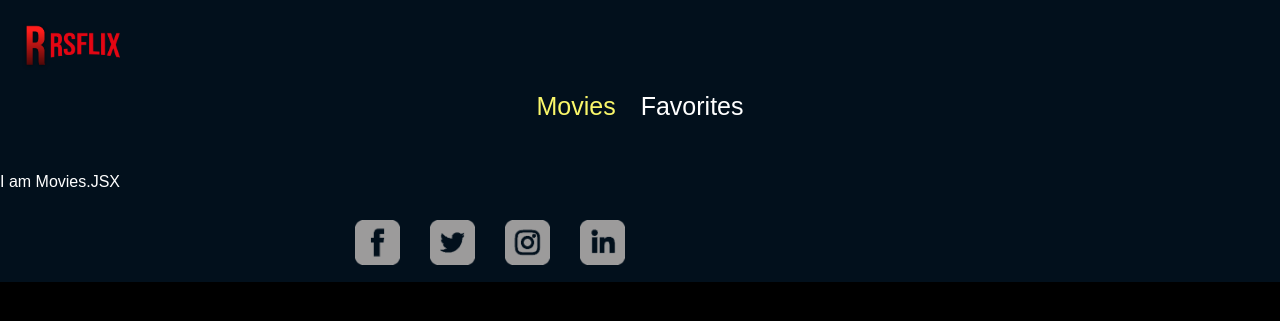
Repository: ronnysalas459/final_project_react
Page: /
An editor plug-in stored every save of this project. The page is shown before and after the next save, followed by the edit.
The browser window is 1280 px wide. The pictures show the whole page.
The project was rebuilt for these pictures with package versions that can differ from the ones it lists, and the page was loaded fresh each time. Also part of the build but not shown: src/containers/Favorites.jsx.

Above is the page before, as saved 2021-09-28 20:13:53.

### src/index.jsx
import React from "react";
import ReactDOM from "react-dom";
import { Provider } from "react-redux";
import { compose } from "redux";
import { createStore, applyMiddleware } from "redux";
import logger from "redux-logger";
import reducer from "./reducers";
import App from "./routes/App";

const initialState = {
  favoriteMovies: [],
  sectionActive: "Movies",
};

const composeEnhancers = window.__REDUX_DEVTOOLS_EXTENSION_COMPOSE__ || compose;

//store

const store = createStore(
  reducer,
  initialState,
  composeEnhancers(applyMiddleware(logger))
);

ReactDOM.render(
  <Provider store = { store }>
    <App />
  </Provider>,
  document.getElementById("root")
);

### src/reducers/index.js
const reducer = (state, action) => {
  switch (action.type) {
    case "SET_FAVORITE":
      return {
        ...state,
        favoriteMovies: [...state.favoriteMovies, action.payload],
      };
    case "DELETE_FAVORITE":
      return {
        ...state,
        favoriteMovies: state.favoriteMovies.filter(
          (items) => items.data.id !== action.payload
        ),
      };
    case "SET_SECTION":
      return {
        ...state,
        sectionActive: action.payload,
      };
    default:
      return state;
  }
};

export default reducer;

### src/routes/App.jsx
import React from "react";
import { BrowserRouter, Switch, Route } from "react-router-dom";
import "../assets/styles/App.scss";
import Movies from "../containers/Movies";
import Favorites from "../containers/Favorites";
import Layout from "../components/Layout";

const App = () => (
  <BrowserRouter>
    <Layout>
      <Switch>
        <Route exact path="/favorites" component={Favorites} />
        <Route exact path="/" component={Movies} />
      </Switch>
    </Layout>
  </BrowserRouter>
);
export default App;

### src/assets/styles/App.scss
@import './Vars.scss';

@mixin colCenCen {
  display: flex;
  flex-direction: column;
  padding: 20px;
}

@mixin flexBetCen {
  display: flex;
  justify-content: space-between;
  align-items: center;
}

@mixin flexCenCen {
  display: flex;
  justify-content: center;
  align-items: center;
}

@mixin flexStaSta {
  display: flex;
  justify-content: flex-start;
  align-items: flex-start;
}

* {
  box-sizing: border-box;
}

a:link,
a:visited {
  color: inherit;
  text-decoration: none;
}

body {
  margin: 0;
  background-color: $dark-color;
  color: $light-color;
  font-family: $text-font;
}

h1,
h2,
h3,
h3,
h4,
h5,
h6 {
  color: $primary-color;
  font-family: $title-font;
}

figure {
  margin: 0;
  padding: 0;
}

section {
  min-height: calc(100vh - 300px);
}

### src/containers/Movies.jsx
import React from 'react'

const Movies = () => (
    <p>
        I am Movies.JSX
    </p>
)

export default Movies

### src/components/Layout.jsx
import React from 'react'
import "../assets/styles/components/Layout.scss";
import Footer from "./Footer";
import Header from "./Header";

const Layout = ({ children }) => (
    <div className="layout">
        <Header />
        { children }
        <Footer />
    </div>

);

export default Layout

### src/assets/styles/Vars.scss
@import '../fonts/style.scss';

//Fonts
$title-font: 'Netflix Sans Regular', 'Netflix Sans Bold';
$text-font: 'Source Sans Pro', sans-serif;

//Colors
$primary-color: #65fafb;
$secondary-color: #62c241;
$success-color: #faf76a;
$dark-color: #000000;
$light-color: #ffffff;
$danger-color: #fc859e;

### src/assets/fonts/style.scss
/* #### Generated By: http://www.cufonfonts.com #### */

    @font-face {
    font-family: 'Netflix Sans Regular';
    font-style: normal;
    font-weight: normal;
    src: local('Netflix Sans Regular'), url('NetflixSansRegular.woff') format('woff');
    }


    @font-face {
    font-family: 'Netflix Sans Icon';
    font-style: normal;
    font-weight: normal;
    src: local('Netflix Sans Icon'), url('NetflixSansIcon.woff') format('woff');
    }


    @font-face {
    font-family: 'Netflix Sans Thin';
    font-style: normal;
    font-weight: normal;
    src: local('Netflix Sans Thin'), url('NetflixSansThin.woff') format('woff');
    }


    @font-face {
    font-family: 'Netflix Sans Light';
    font-style: normal;
    font-weight: normal;
    src: local('Netflix Sans Light'), url('NetflixSansLight.woff') format('woff');
    }


    @font-face {
    font-family: 'Netflix Sans Medium';
    font-style: normal;
    font-weight: normal;
    src: local('Netflix Sans Medium'), url('NetflixSansMedium.woff') format('woff');
    }


    @font-face {
    font-family: 'Netflix Sans Bold';
    font-style: normal;
    font-weight: normal;
    src: local('Netflix Sans Bold'), url('NetflixSansBold.woff') format('woff');
    }


    @font-face {
    font-family: 'Netflix Sans Black';
    font-style: normal;
    font-weight: normal;
    src: local('Netflix Sans Black'), url('NetflixSansBlack.woff') format('woff');
    }

### src/assets/styles/components/Layout.scss
@import "../App.scss";

.layout {
  background: #000
    url(../../static/images/background.png) repeat top
    center;
  z-index: 0;
}

### src/components/Footer.jsx
import React from "react";
import logoFacebook from "../assets/static/icons/facebook.png";
import logoTwitter  from "../assets/static/icons/twitter.png";
import logoInstagram  from "../assets/static/icons/instagram.png";
import logoLinkedin  from "../assets/static/icons/linkedin.png";
import "../assets/styles/components/Footer.scss";

const Footer = () => (
  <footer className="footer">
    <div className="footer__made">
      <a
        className="option"
        href="https://www.facebook.com/ronny.salas.7"
        rel="noopener noreferrer"
        target="_blank"
      >
         <img src={logoFacebook} alt="logo" width="45" height="45"></img>
      </a>
      <a
        className="option"
        href="https://twitter.com/RonnySalas"
        rel="noopener noreferrer"
        target="_blank"
      >
        <img src={logoTwitter} alt="logo" width="45" height="45"></img>
      </a>
      <a
        className="option"
        href="https://www.instagram.com/rsalas459/?hl=es"
        rel="noopener noreferrer"
        target="_blank"
      >
        <img src={logoInstagram} alt="logo" width="45" height="45"></img>
      </a>
      <a
        className="option"
        href="https://www.linkedin.com/in/ronny-salas-2525ab13a"
        rel="noopener noreferrer"
        target="_blank"
      >
        <img src={logoLinkedin} alt="logo" width="45" height="45"></img>
      </a>
    </div>
  </footer>
);

export default Footer;

### src/components/Header.jsx
import React from "react";
import { Link } from "react-router-dom";
import { useSelector, useDispatch } from "react-redux";
import { setSection } from "../actions";
import "../assets/styles/components/Header.scss";
import Logo from "../assets/static/images/logo.png";

const Header = () => {
  const sectionActive = useSelector((state) => state.sectionActive);
  const dispatch = useDispatch();

  const handleSetSection = (section) => {
    dispatch(setSection(section));
  };
  return (
    <header className="header">
      <figure className="header__logo">
        <img className="header__logo-img" src={Logo} alt="Netflix" />
      </figure>
      <nav className="header__nav">
        <ul className="header__nav__options">
          <li
            onclick={() => handleSetSection("Movies")}
            className={`header__nav__options-item ${
              sectionActive === "Movies" ? "active" : ""
            }`}
          >
            <Link to="/">Movies</Link>
          </li>
          <li
            onClick={() => handleSetSection("Favorites")}
            className={`header__nav__options-item ${
              sectionActive === "Favorites" ? "active" : ""
            }`}
          >
            <Link to="/favorites">Favorites</Link>
          </li>
        </ul>
      </nav>
    </header>
  );
};

export default Header;

### src/assets/styles/components/Footer.scss
@import '../App.scss';

.footer {
  @include flexBetCen;
  margin: 0 20px;
  height: 75px;
}

.footer__made {
  @include flexStaSta;
  width: 50%;
  height: 100%;
  display: flex;
  align-items: center;
  justify-content: flex-end;

  .option {
    padding: 10px 15px;
    cursor: pointer;
  }
}

.logo {
  display:flex;
  cursor: pointer;
  width: 45px;
  height: 45px;
  position: relative;
  top: -25px;
  left: 245px;
}

.logo-img {
  color: #00a9e6;

}

.footer__location {
  span {
    color: #14b600;
  }
}

### src/actions/index.js
export const setFavorite = (payload) => ({
  type: "SET_FAVORITE",
  payload,
});

export const deleteFavorite = (payload) => ({
  type: "DELETE_FAVORITE",
  payload,
});

export const setSection = (payload) => ({
  type: "SET_SECTION",
  payload,
});

### src/assets/styles/components/Header.scss
@import '../App.scss';

.header {
  @include colCenCen;
}

.header__logo-img {
  width: 100px;
  height: auto;
}

.header__nav__options {
  @include flexCenCen;
  padding: 0;
}

.header__nav__options-item {
  margin-right: 25px;
  font-size: 25px;
  list-style-type: none;
}

.header__nav__options-item.active {
  color: $success-color
}

.header__nav__options-item:last-child {
  margin-right: 0;
}

.header__nav__options-item:hover {
  cursor: pointer;
  color: $success-color;
}

Loaded but not shown: public/index.html (common file)

After the next save:
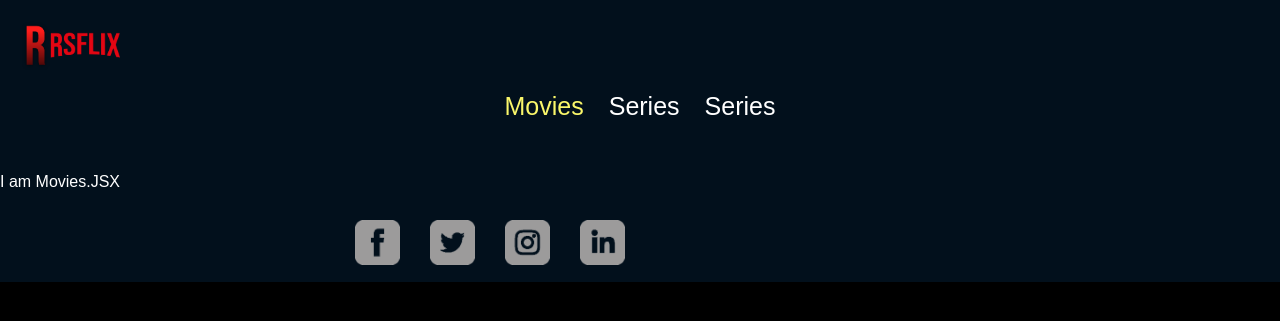
Saved 97 s later.
--- a/src/components/Header.jsx
+++ b/src/components/Header.jsx
@@ -33,7 +33,15 @@ const Header = () => {
               sectionActive === "Favorites" ? "active" : ""
             }`}
           >
-            <Link to="/favorites">Favorites</Link>
+            <Link to="/favorites">Series</Link>
+                  </li>
+                  <li
+            onClick={() => handleSetSection("Favorites")}
+            className={`header__nav__options-item ${
+              sectionActive === "Favorites" ? "active" : ""
+            }`}
+          >
+            <Link to="/favorites">Series</Link>
           </li>
         </ul>
       </nav>
